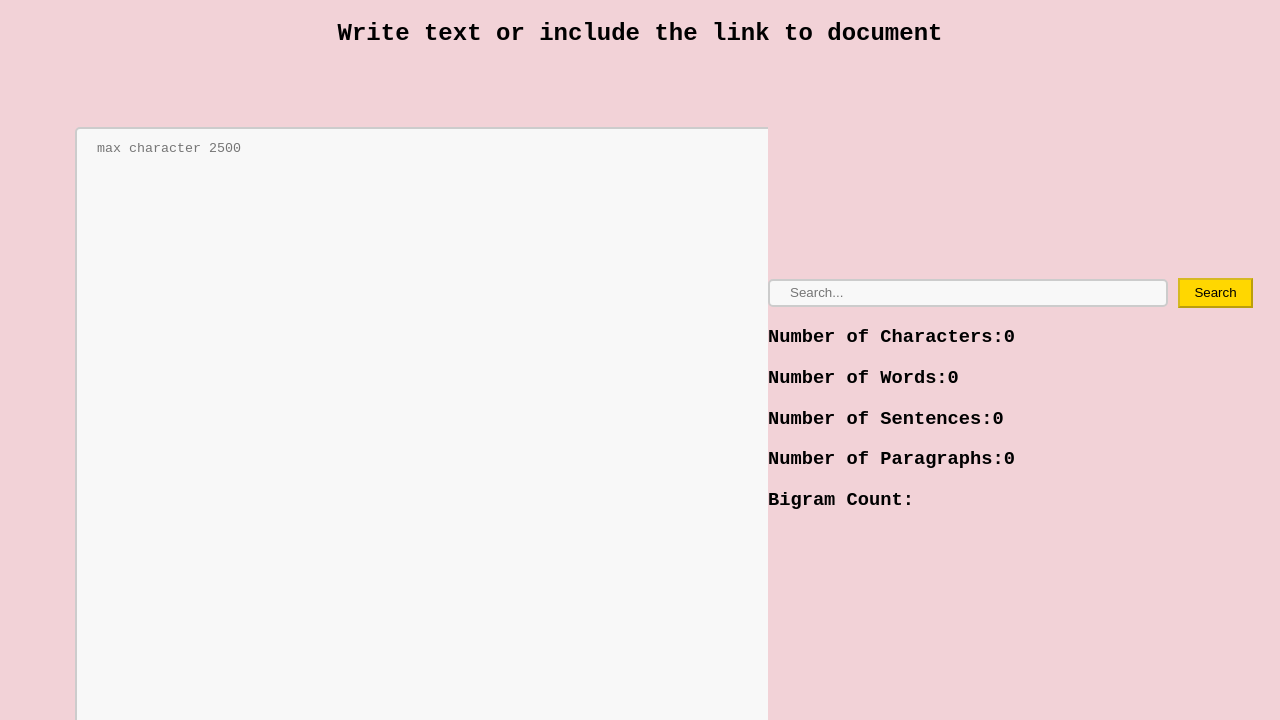
Repository: zitac234/TTPProject
Page: /
The author's editor kept a copy of each file at every save. The page is drawn from the files as they stood at one save, then again after the next save.
The browser window is 1280 px wide. The pictures show the whole page.
The project was rebuilt for these pictures with package versions that can differ from the ones it lists, and the page was loaded fresh each time. Also part of the build but not shown: webpack.config.js.

Above is the page before, as saved 2021-06-21 06:03:09.

After the next save:
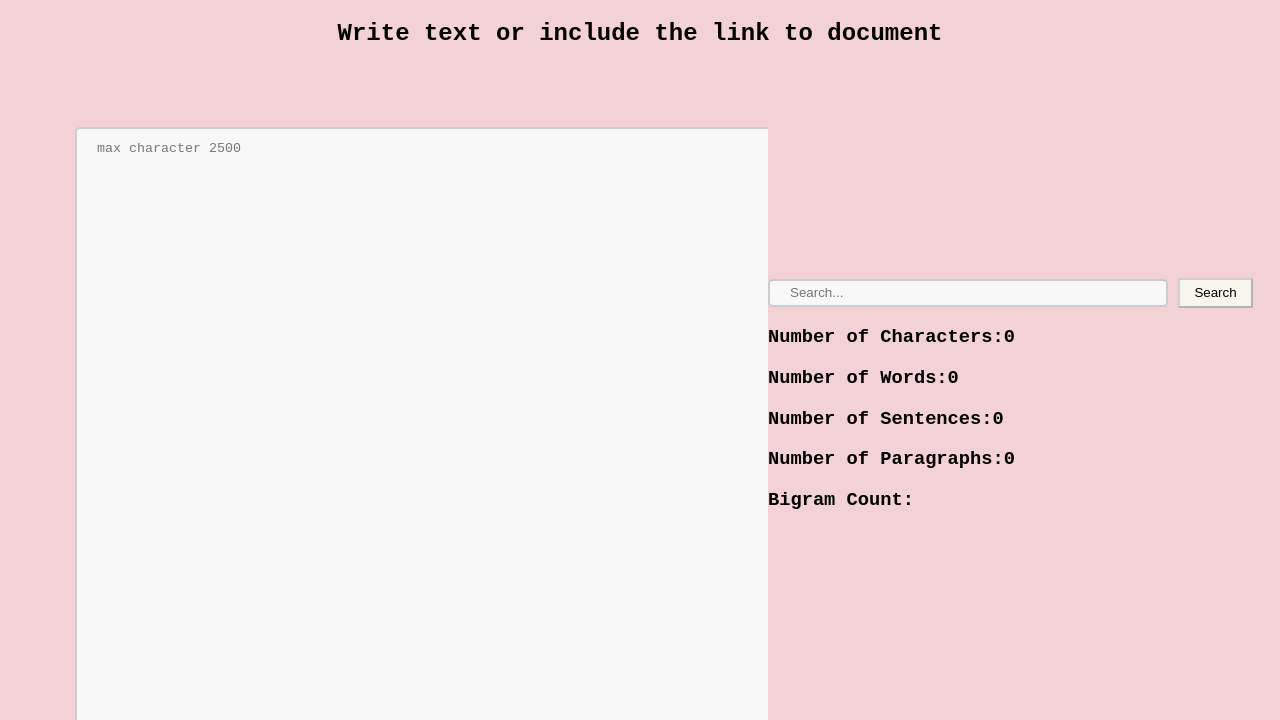
Saved 13 s later.
--- a/public/style.css
+++ b/public/style.css
@@ -47,7 +47,7 @@ input, textarea{
 }
 button{
       color:black;
-      background-color: gold;
+      background-color: rgb(247, 245, 236);
       width:75px;
       height: 30px;
       margin-left: 10px;
